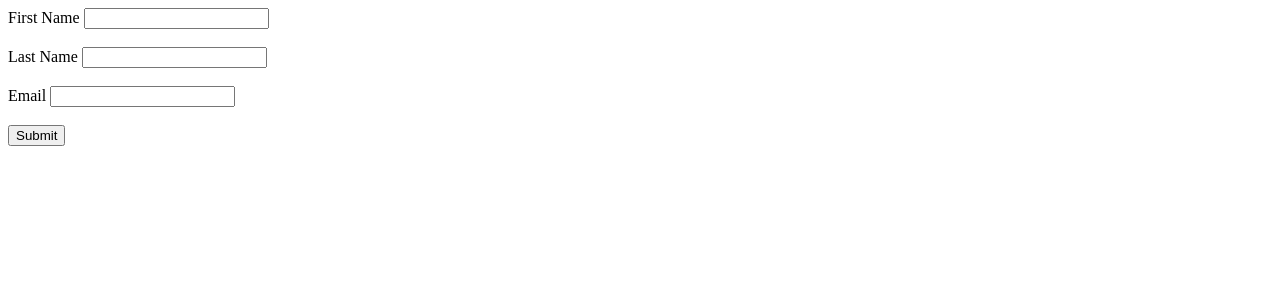
Repository: Haakim19/web-dev
Page: form.html
An editor plug-in stored every save of this project. The page is shown before and after the next save, followed by the edit.
The browser window is 1280 px wide. The pictures show the whole page.

Above is the page before, as saved 2024-06-02 13:51:34.

After the next save:
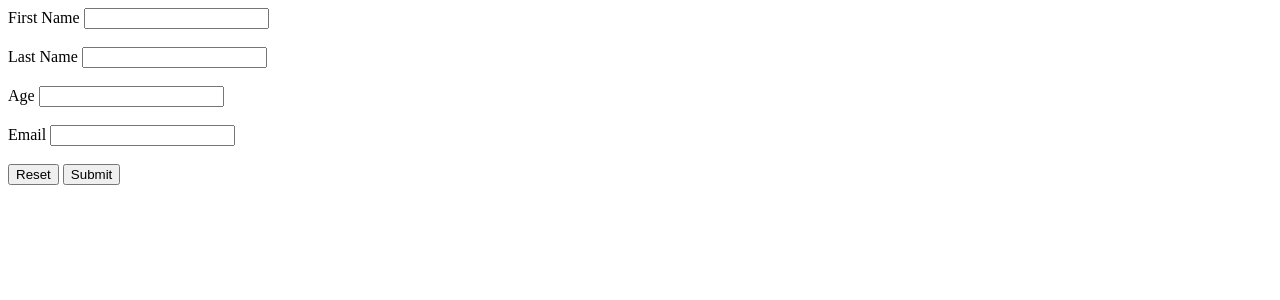
Saved 5 min 28 s later.
--- a/form.html
+++ b/form.html
@@ -9,27 +9,37 @@
     <form action="form.php" method = "post">
        <div>
             <label for="fname">First Name</label>
-            <input type="text" name = "fname" id = "fname">
+            <input type="text" name = "fname" id = "fname" required>
        </div>
 
        <br>
 
         <div>
             <label for="lname">Last Name</label>
-            <input type="text" name = "lname" id = "lname">
+            <input type="text" name = "lname" id = "lname" required>
 
         </div>
 
         <br>
 
         <div>
-            <label for="email">Email</label>
-            <input type="text" name = "email" id = "email">
+            <label for="age">Age</label>
+            <input type="number" name = "age" id = "age" required>
 
         </div>
 
         <br>
 
+
+        <div>
+            <label for="email">Email</label>
+            <input type="text" name = "email" id = "email" required>
+
+        </div>
+
+        <br>
+
+        <input type="reset" value = "Reset">
         <input type="submit" value = "Submit">
 
     </form>
